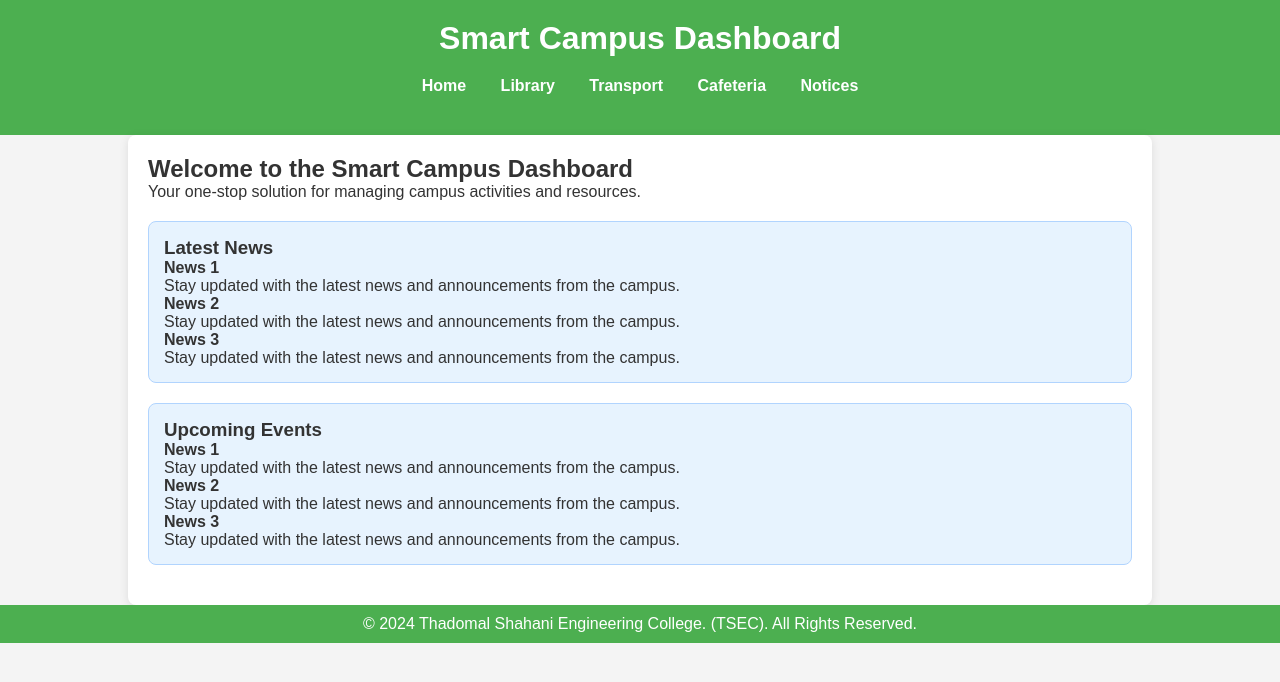
Repository: TejasS1233/MINITHON-hackathon-project
Page: Omar.html
The author's editor kept a copy of each file at every save. The page is drawn from the files as they stood at one save, then again after the next save.
The browser window is 1280 px wide. The pictures show the whole page.

Above is the page before, as saved 2024-09-20 09:00:45.

### Omar.html
<!DOCTYPE html>
<html lang="en">
<head>
    <meta charset="UTF-8">
    <meta name="viewport" content="width=device-width, initial-scale=1.0">
    <title>THADOMAL SHAHANI ENGINEERING COLLEGE</title>
    <link rel="stylesheet" href="styles.css">
    <style>
        body {
            font-family: Arial, sans-serif;
            background-color: #f4f4f4;
            margin: 0;
            padding: 0;
        }
        header {
            background-color: #4CAF50;
            color: white;
            padding: 20px;
            text-align: center;
        }
        nav {
            margin: 20px 0;
        }
        nav a {
            margin: 0 15px;
            color: #ffffff;
            font-weight: bold;
            text-decoration: none;
        }
        .container {
            width: 80%;
            margin: auto;
            padding: 20px;
            background: white;
            border-radius: 8px;
            box-shadow: 0 2px 10px rgba(0, 0, 0, 0.1);
        }
        .card {
            background: #e7f3fe;
            border: 1px solid #b1d4fe;
            border-radius: 8px;
            margin: 20px 0;
            padding: 15px;
        }
        footer {
            text-align: center;
            padding: 10px 0;
            background-color: #4CAF50;
            color: white;
            position: relative;
            bottom: 0;
            width: 100%;
        }
    </style>
</head>
<body>

<header>
    <h1>Smart Campus Dashboard</h1>
    <nav>
        <a href="#">Home</a>
        <a href="#">Library</a>
        <a href="#">Transport</a>
        <a href="#">Cafeteria</a>
        <a href="#">Notices</a>
    </nav>
</header>

<div class="container">
    <h2>Welcome to the Smart Campus Dashboard</h2>
    <p>Your one-stop solution for managing campus activities and resources.</p>

    <div class="card">
        <h3>Latest News</h3>
        <h4>News 1</h4>
        <p>Stay updated with the latest news and announcements from the campus.</p>
        <h4>News 2</h4>
        <p>Stay updated with the latest news and announcements from the campus.</p>
        <h4>News 3</h4>
        <p>Stay updated with the latest news and announcements from the campus.</p>
    </div>

    <div class="card">
        <h3>Upcoming Events</h3>
        <h4>News 1</h4>
        <p>Stay updated with the latest news and announcements from the campus.</p>
        <h4>News 2</h4>
        <p>Stay updated with the latest news and announcements from the campus.</p>
        <h4>News 3</h4>
        <p>Stay updated with the latest news and announcements from the campus.</p>
    </div>

    </div>
</div>

<footer>
    <p>&copy; 2024 Thadomal Shahani Engineering College. (TSEC). All Rights Reserved.</p>
</footer>

</body>
</html>

### styles.css
* {
    margin: 0;
    padding: 0;
    box-sizing: border-box;
}

body {
    font-family: 'Arial', sans-serif;
    background-color: white;
    color: #333;
}


.announcement-heading {
    background-color: turquoise;
    color: white;
    padding: 20px 0;
    text-align: center;
    margin-bottom: 20px;
}

.announcement {
    background-color: rgb(220, 64, 7);
    padding: 20px;
    border-radius: 5px;
    box-shadow: 0 2px 10px rgba(0, 0, 0, 0.5);
    margin-bottom: 20px;
    margin-left: 20px;
}

.announcement h2 {
    font-size: 2em;
    margin-bottom: 15px;
}

.announcement p {
    margin-bottom: 10px;
    font-size: 1.1em;
}

.cta-button {
    display: inline-block;
    background-color: #4CAF50;
    color: white;
    padding: 10px 20px;
    text-decoration: none;
    border-radius: 5px;
    margin-top: 10px;
    font-weight: bold;
}

.cta-button:hover {
    background-color: #45a049;
}


footer {
    text-align: center;
    padding: 20px 0;
    background-color: #333;
    color: white;
    position: fixed;
    width: 100%;
    bottom: 0;
}

After the next save:
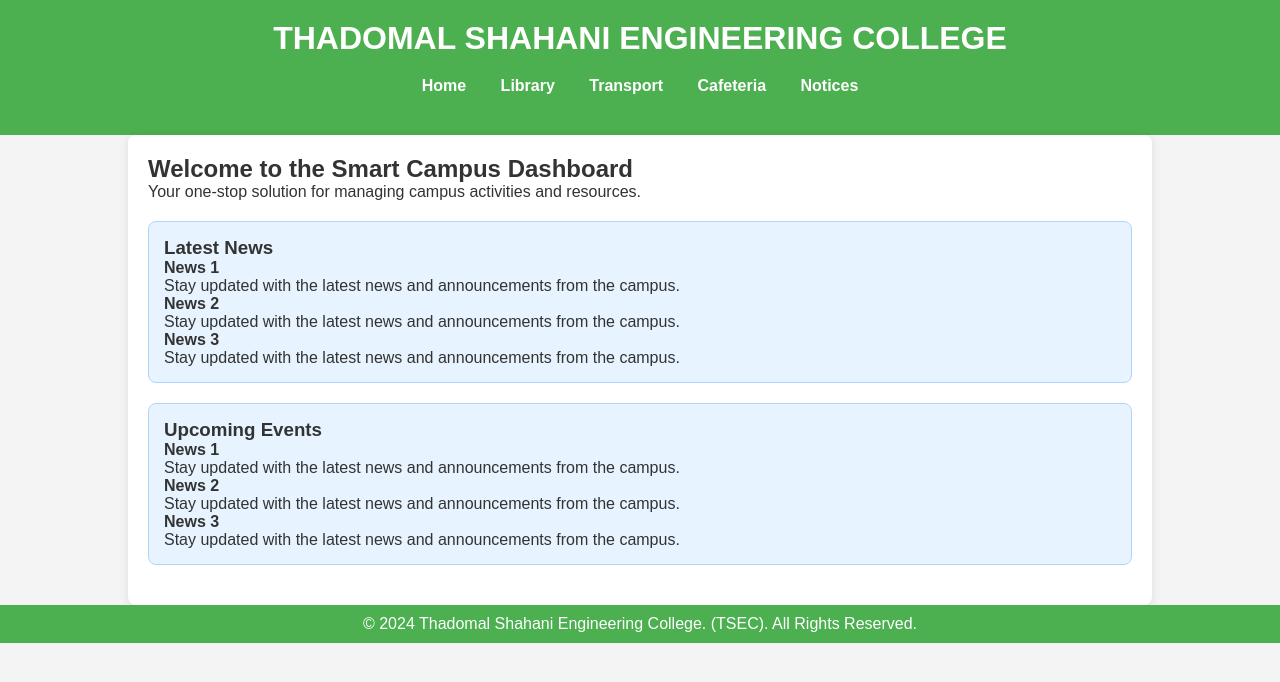
Saved 6 s later.
--- a/Omar.html
+++ b/Omar.html
@@ -3,7 +3,7 @@
 <head>
     <meta charset="UTF-8">
     <meta name="viewport" content="width=device-width, initial-scale=1.0">
-    <title>THADOMAL SHAHANI ENGINEERING COLLEGE</title>
+    <title>HOME | TSEC</title>
     <link rel="stylesheet" href="styles.css">
     <style>
         body {
@@ -56,7 +56,7 @@
 <body>
 
 <header>
-    <h1>Smart Campus Dashboard</h1>
+    <h1>THADOMAL SHAHANI ENGINEERING COLLEGE</h1>
     <nav>
         <a href="#">Home</a>
         <a href="#">Library</a>
